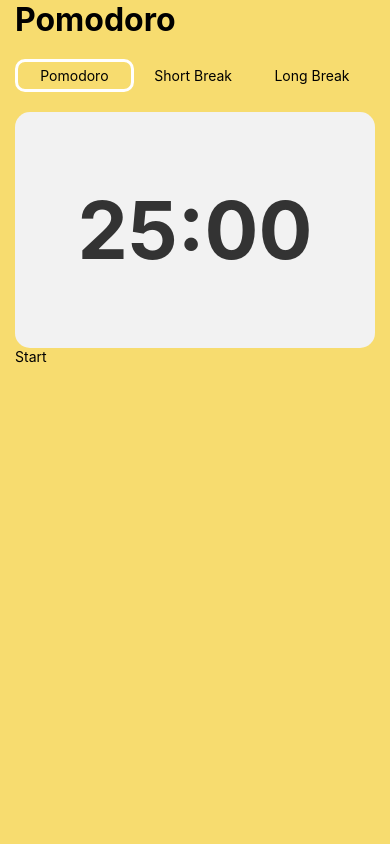
Repository: rchavarria77/pomodoro-app
Screen: /
An editor plug-in stored every save of this project. The screen is shown before and after the next save, followed by the edit.
The app was drawn by React Native's web renderer in a window 390 px wide. The project was rebuilt for these pictures with package versions that can differ from the ones it lists, and the page was loaded fresh each time.

Above is the screen before, as saved 2024-02-01 01:06:00.

After the next save:
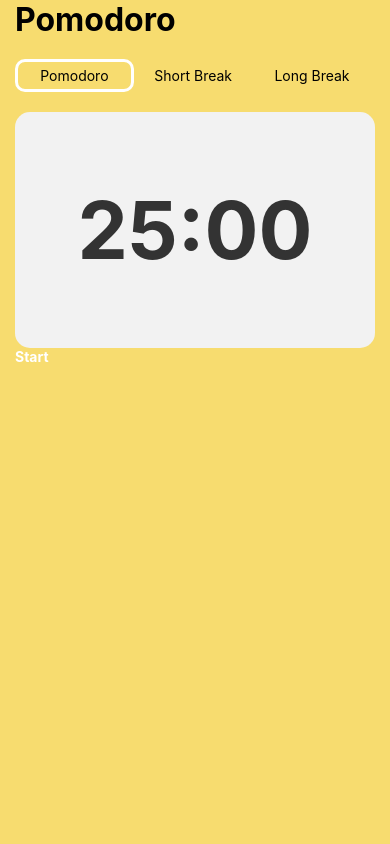
Saved 34 s later.
--- a/App.js
+++ b/App.js
@@ -37,7 +37,9 @@ export default function App() {
         />
         <Timer time={time} />
         <TouchableOpacity>
-          <Text>{isActive ? 'Stop' : 'Start'}</Text>
+          <Text style={{ color: 'white', fontWeight: 'bold' }}>
+            {isActive ? 'Stop' : 'Start'}
+          </Text>
         </TouchableOpacity>
       </View>
     </SafeAreaView>
